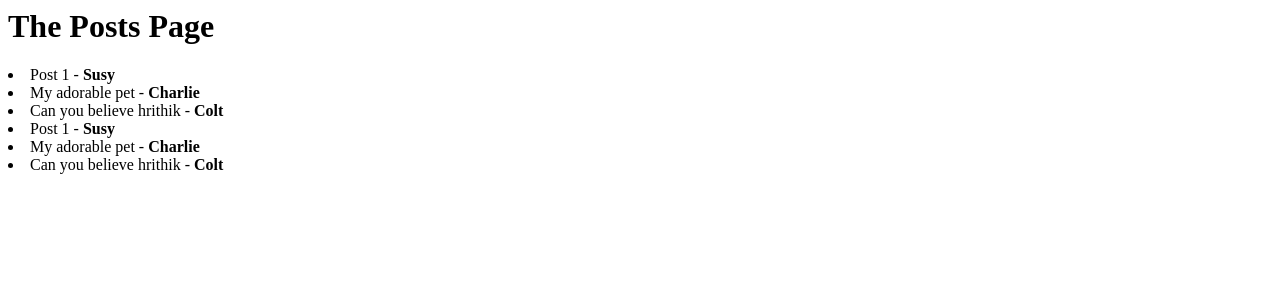
Repository: desamsetti/WebDevelopment
Page: http://localhost/posts
The author's editor kept a record of every edit. The page is drawn from the files as they stood at one moment, then again after the next edit.
The browser window is 1280 px wide. The pictures show the whole page.
The page is served by the project's Node server (MoreExpress/EJSDemo/app.js).

Above is the page before.

### webdevbootcamp/workspace/MoreExpress/EJSDemo/views/posts.ejs
<h1>The Posts Page</h1>
<% for(var i=0;i<posts.length;i++){ %>
<li>
    <%= posts[i].title %> - <strong><%= posts[i].author %></strong>
    </li>
<% } %>


<% posts.forEach(function(post){ %>
    <li>
        <%= post.title %> - <strong><%= post.author %></strong>
    </li>

<% }) %>

### webdevbootcamp/workspace/MoreExpress/EJSDemo/app.js
var express = require("express");
var app = express();

app.use(express.static("public"));

app.set("view engine","ejs");


//var app = require("express")();

app.get("/",function(req,res){
    res.render("home");
})


app.get("/fallinlovewith/:thing",function(req,res){
    var thing = req.params.thing;
    //res.send("You fell in love with "+thing);
    res.render("love",{thingVar: thing})
})


app.get("/posts",function(req,res){
    var posts = [
        {title:"Post 1",author:"Susy"},
        {title:"My adorable pet",author:"Charlie"},
        {title:"Can you believe hrithik",author:"Colt"}
        ];

        res.render("posts",{posts:posts})
})


app.listen(process.env.PORT, process.env.IP,function(){
    console.log("Server is listening!!!!");
});

After the next edit:
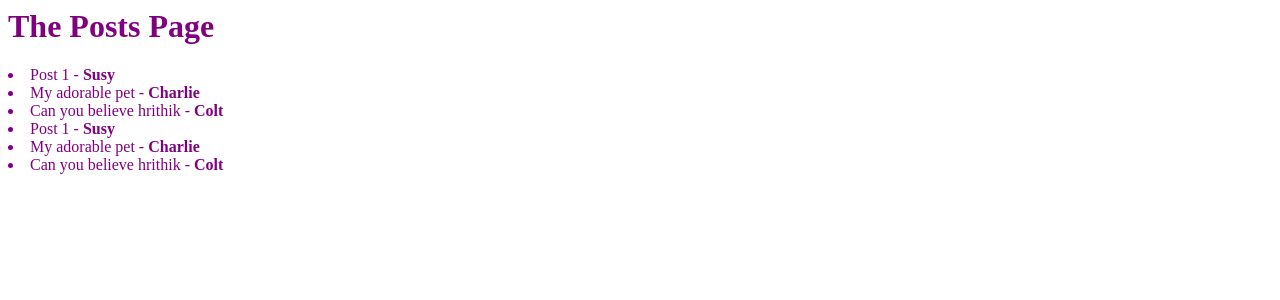
The edit:
--- a/webdevbootcamp/workspace/MoreExpress/EJSDemo/views/posts.ejs
+++ b/webdevbootcamp/workspace/MoreExpress/EJSDemo/views/posts.ejs
@@ -1,3 +1,10 @@
+<style>
+
+    body{
+        color: purple;
+    }
+</style>
+
 <h1>The Posts Page</h1>
 <% for(var i=0;i<posts.length;i++){ %>
 <li>
